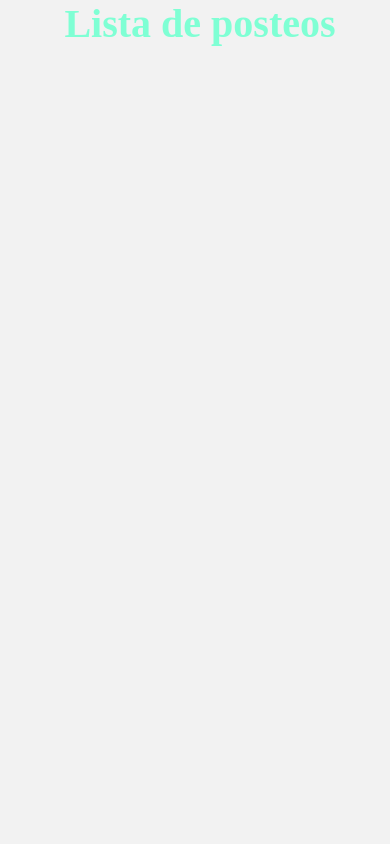
Repository: larafernandezo/finalprog3
Screen: /Home
These files come from the project's save history. The screen is drawn as it stood at one moment and after a run of saves; the edit follows.
The page's requests for data from a server got no answer. The app was drawn by React Native's web renderer in a window 390 px wide. The project was rebuilt for these pictures with package versions that can differ from the ones it lists, and the page was loaded fresh each time. No one was signed in, and anything a server would have sent is missing. Also part of the build but not shown: src/components/Camera.js, src/screens/Registro.js, src/components/Post.js, src/screens/MiPerfil.js, src/screens/NuevoPost.js, src/components/Menu.js, src/screens/Perfil.js.

Above is the screen before, as saved 2022-11-22 01:25:27.

After the next 2 saves:
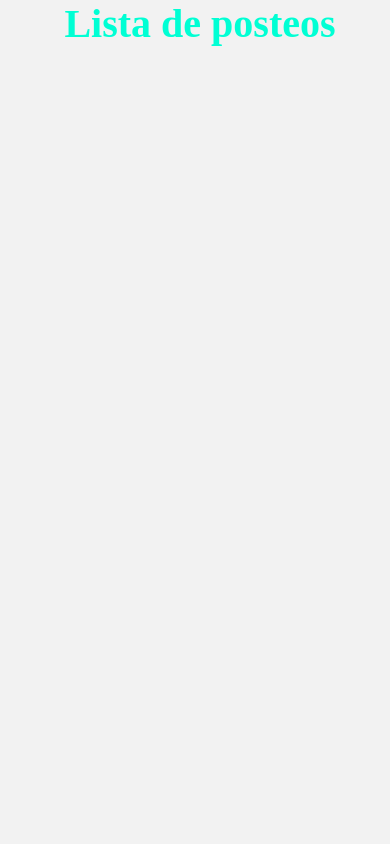
The 2 saves are shown as one change because they came seconds apart.
The last was saved 26 s later.
--- a/src/screens/Home.js
+++ b/src/screens/Home.js
@@ -50,7 +50,7 @@ const styles = StyleSheet.create({
         fontWeight:'bold',
         textAlign:'center',
         fontFamily: 'avenir',
-        color: 'rgb(127, 255, 212)'
+        color: 'rgb(0, 255, 212)'
 
     },
     view:{
